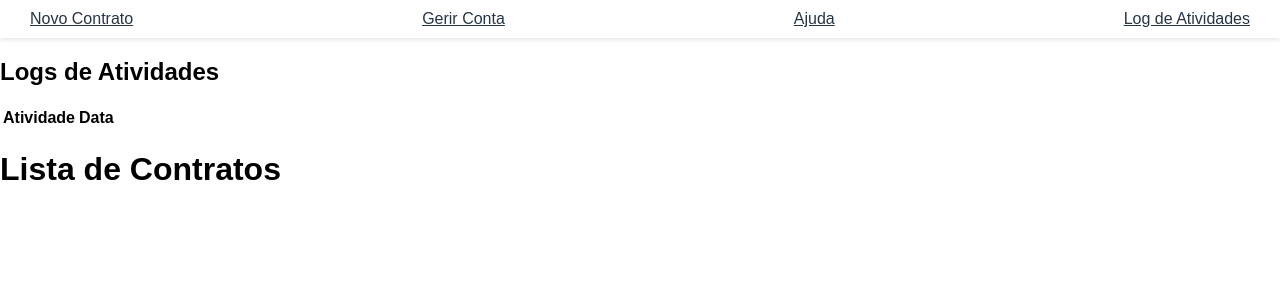
Repository: YuaneCastro/Sistema-de-Gest-o-de-Usu-rios-e-Contratos
Page: tela-principal/tela-principal.html
An editor plug-in stored every save of this project. The page is shown before and after a run of saves, followed by the edit.
The browser window is 1280 px wide. The pictures show the whole page.
The page's requests for data from a server got no answer.

Above is the page before, as saved 2024-06-23 10:55:06.
Console error: TypeError: Cannot read properties of null (reading 'addEventListener')

After the next 2 saves:
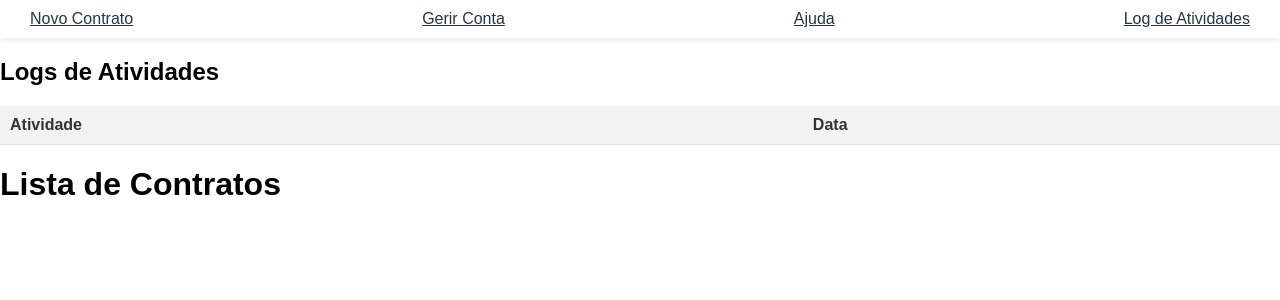
The 2 saves are shown as one change because they came seconds apart.
The last was saved 30 s later.
--- a/tela-principal/styles-principal.css
+++ b/tela-principal/styles-principal.css
@@ -125,6 +125,35 @@ button {
     flex-direction: column;
     margin-right: 20px;
 }
+#logTable {
+    width: 100%;
+    border-collapse: collapse;
+    margin-top: 20px;
+}
+
+#logTable th, #logTable td {
+    padding: 10px;
+    text-align: left;
+    border-bottom: 1px solid #ddd;
+}
+
+#logTable th {
+    background-color: #f2f2f2;
+    color: #333;
+}
+
+#logTable tbody tr:nth-child(even) {
+    background-color: #f9f9f9;
+}
+
+#logTable tbody tr:hover {
+    background-color: #e0e0e0;
+    cursor: pointer;
+}
+
+#logTable tbody td {
+    vertical-align: middle;
+}
 
 body.show-help-screen #help-screen,
 body.show-update-screen #update-screen {
